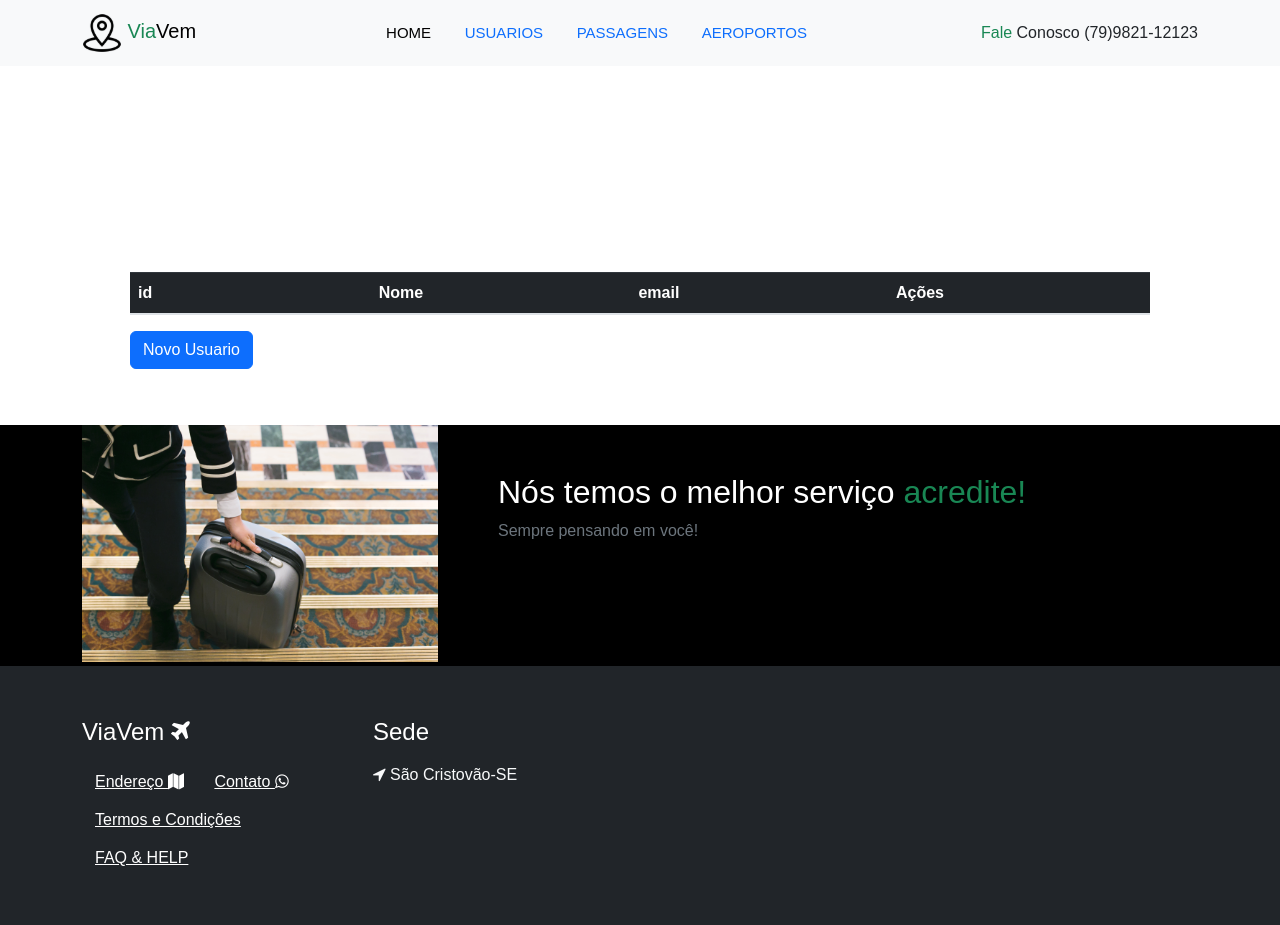
Repository: DavidSaintAnna/Desafio-modulo-4
Page: http://localhost/ViavemMvc/usuario
The author's editor kept a copy of each file at every save. The page is drawn from the files as they stood at one save, then again after the next save.
The browser window is 1280 px wide. The pictures show the whole page.
Some web fonts or font styles are not loaded; a fallback is used. The page is served by Tomcat 9. Queries for data that is not in the repository find no rows.

Above is the page before, as saved 2023-11-07 22:58:23.
Not found: ViavemMvc/ViavemMvc/script.js

After the next save:
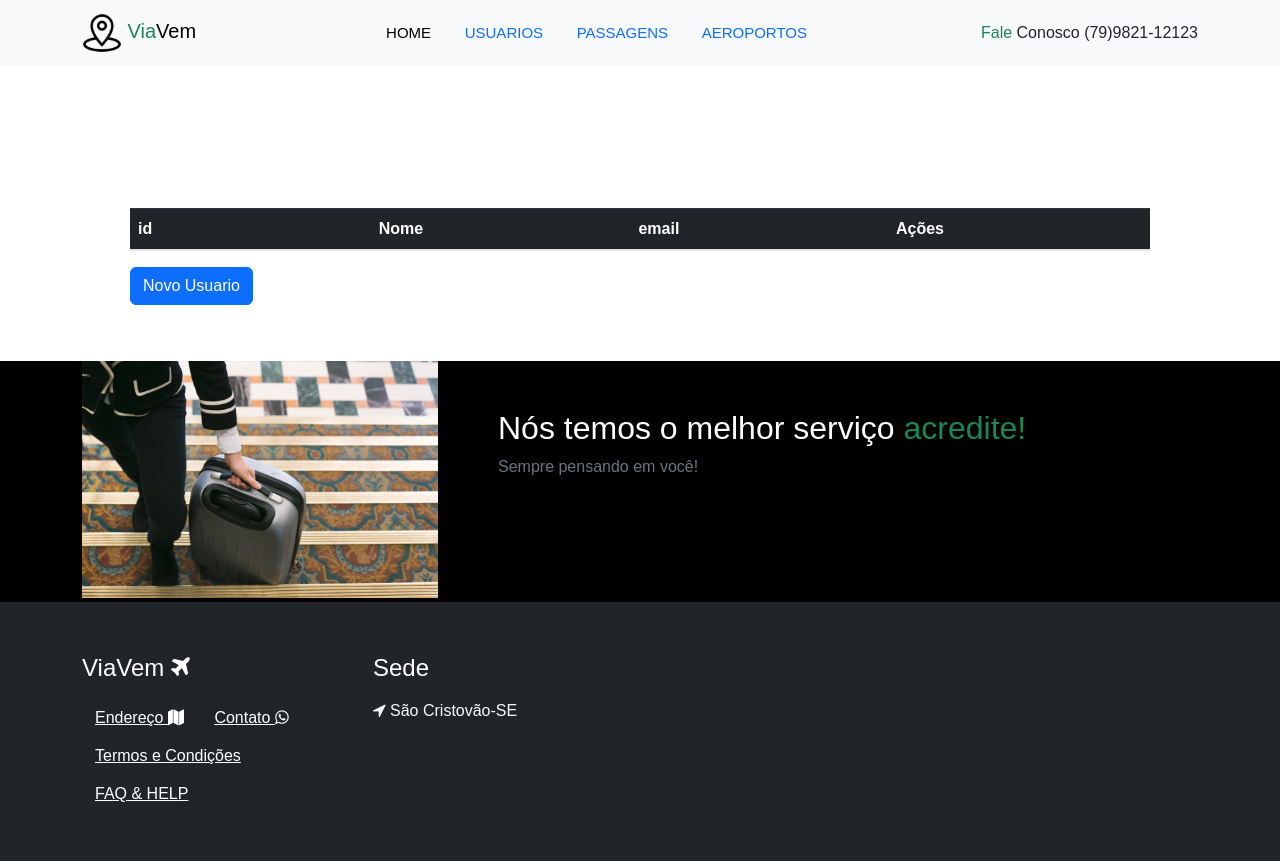
Saved 25 s later.
--- a/ViavemMvc/src/main/webapp/views/usuarios/index.jsp
+++ b/ViavemMvc/src/main/webapp/views/usuarios/index.jsp
@@ -80,7 +80,6 @@
 
 
 <main>
-	<p>Usuarios</p>>
 		<section class="container">
 
 			<div class="p-5 mt-10">
